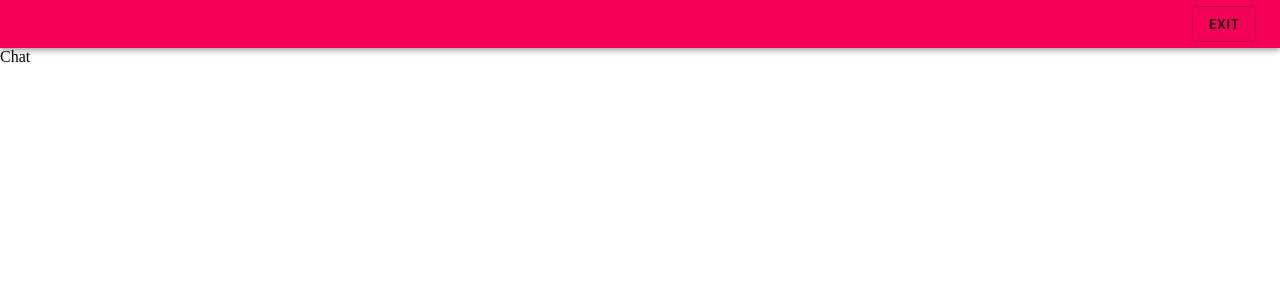
Repository: ezotop/react_firebase_chat
Page: /
These files come from the project's save history. The page is drawn as it stood at one moment and after the next save; the edit follows.
The browser window is 1280 px wide. The pictures show the whole page.
The project was rebuilt for these pictures with package versions that can differ from the ones it lists, and the page was loaded fresh each time.

Above is the page before, as saved 2021-06-16 16:37:30.

### public/index.html
<!DOCTYPE html>
<html lang="en">
  <head>
    <meta charset="utf-8" />
    <meta name="viewport" content="width=device-width, initial-scale=1" />
    <title>React Firebase App</title>
    <link rel="stylesheet" href="https://fonts.googleapis.com/css?family=Roboto:300,400,500,700&display=swap" />
  </head>
  <body>
    <noscript>You need to enable JavaScript to run this app.</noscript>
    <div id="root"></div>
  </body>
</html>

### src/App.js
import { BrowserRouter as Router } from 'react-router-dom';
import Navbar from './component/Navbar';
import AppRouter from './component/AppRouter';
import './App.css';

function App() {
    return (
        <Router>
            <Navbar />
            <AppRouter />
        </Router>
    );
}

export default App;

### src/component/Navbar.js
import React from 'react';
import { NavLink } from 'react-router-dom';
import { AppBar, Button, Grid, Toolbar } from '@material-ui/core';
import { LOGIN_ROUTE } from '../utils/consts';

const Navbar = () => {
    const user = true
    return (
        <AppBar color={'secondary'} position="static">
            <Toolbar variant={'dense'}>
                <Grid container justify={'flex-end'}>
                    {
                        user ?
                        <Button variant={'outlined'}>Exit</Button>
                        :
                        <NavLink to={LOGIN_ROUTE}>
                            <Button variant={'outlined'}>Login</Button>
                        </NavLink>
                    }
                </Grid>
            </Toolbar>
        </AppBar>
    );
};

export default Navbar;

### src/component/AppRouter.js
import React from 'react';
import { Route, Switch, Redirect } from 'react-router';
import { privateRoutes, publicRoutes } from '../routes';
import { CHAT_ROUTE, LOGIN_ROUTE } from '../utils/consts';

const AppRouter = () => {
    const user = true
    return user ?
        (
            <Switch>
                {privateRoutes.map(({path, component}) => <Route path={path} component={component} exact />)}
                <Redirect to={CHAT_ROUTE} /> {/* В случае какого-то непонятного роута перекинет на страницу чата, если юзер авторизован */}
            </Switch>
        )
        :
        (
            <Switch>
                {publicRoutes.map(({path, component}) => <Route path={path} component={component} exact />)}
                <Redirect to={LOGIN_ROUTE} /> {/* В случае какого-то непонятного роута перекинет на страницу логина, если юзер не авторизован */}
            </Switch>
        )
};

export default AppRouter;

### src/routes.js
import Chat from "./component/Chat";
import Login from "./component/Login";
import { LOGIN_ROUTE } from "./utils/consts";

export const publicRoutes = [
    {
        path: LOGIN_ROUTE,
        component: Login
    }
]

export const privateRoutes = [ // Приватные роуты, доступны только авторизированным пользователям
    {
        path: '/chat',
        component: Chat
    }
]

### src/component/Chat.js
import React from 'react';

const Chat = () => {
    return (
        <div>
            Chat
        </div>
    );
};

export default Chat;

### src/component/Login.js
import React from 'react';
import { Container, Grid } from '@material-ui/core';

const Login = () => {
    return (
        <Container>
            <Grid
                container
                style={{height: window.innerHeight - 50}}
                justify={'center'}
            >
                aadgdfgdfhd
            </Grid>
        </Container>
    );
};

export default Login;

Loaded but not shown: src/index.js (common file); src/App.css (common file); src/utils/consts.js (common file)

After the next save:
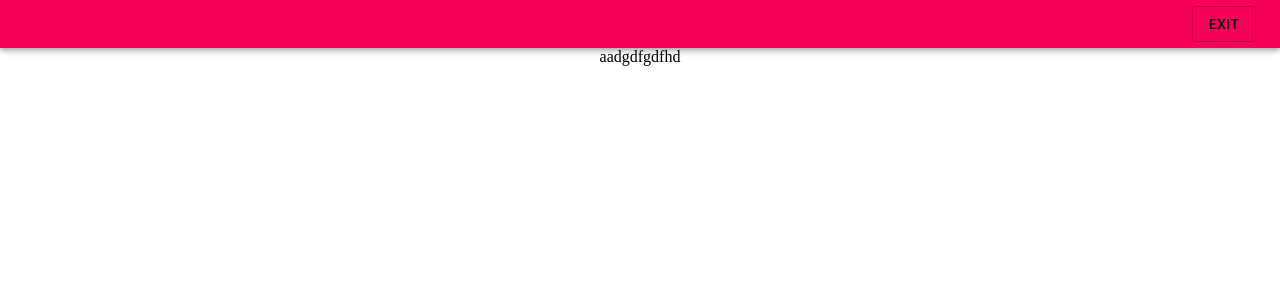
Saved 21 s later.
--- a/src/component/AppRouter.js
+++ b/src/component/AppRouter.js
@@ -4,7 +4,7 @@ import { privateRoutes, publicRoutes } from '../routes';
 import { CHAT_ROUTE, LOGIN_ROUTE } from '../utils/consts';
 
 const AppRouter = () => {
-    const user = true
+    const user = false
     return user ?
         (
             <Switch>
